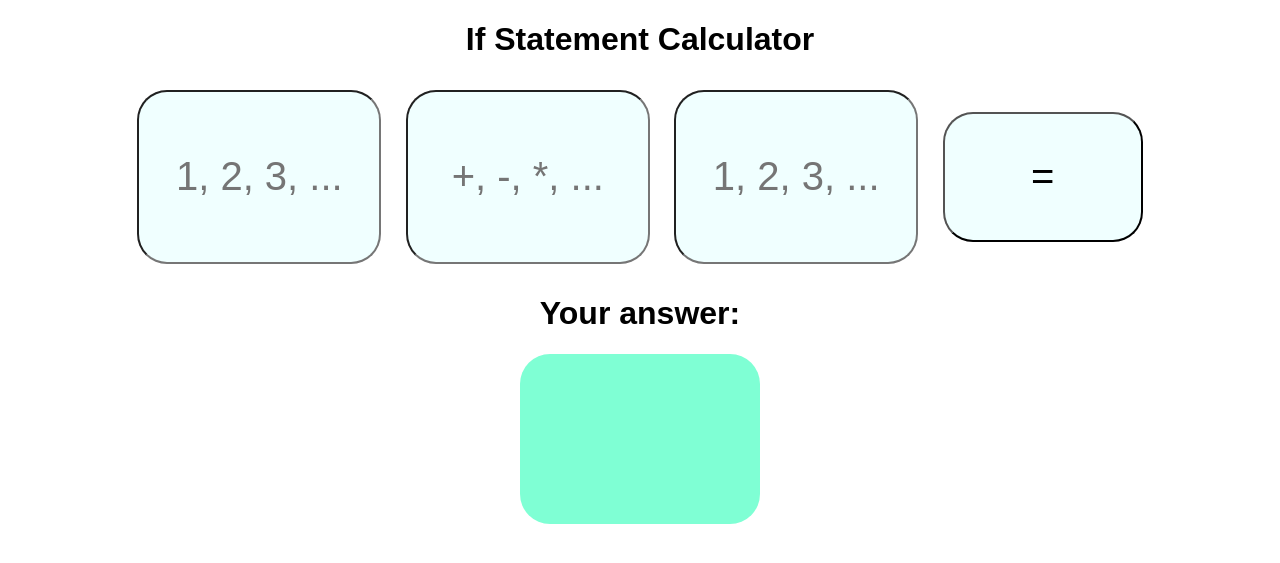
Repository: WesleyErasmus/threeInputCalculator
Page: html/if-calculator.html
These files come from the project's save history. The page is drawn as it stood at one moment and after the next save; the edit follows.
The browser window is 1280 px wide. The pictures show the whole page.

Above is the page before, as saved 2022-04-27 22:24:35.

After the next save:
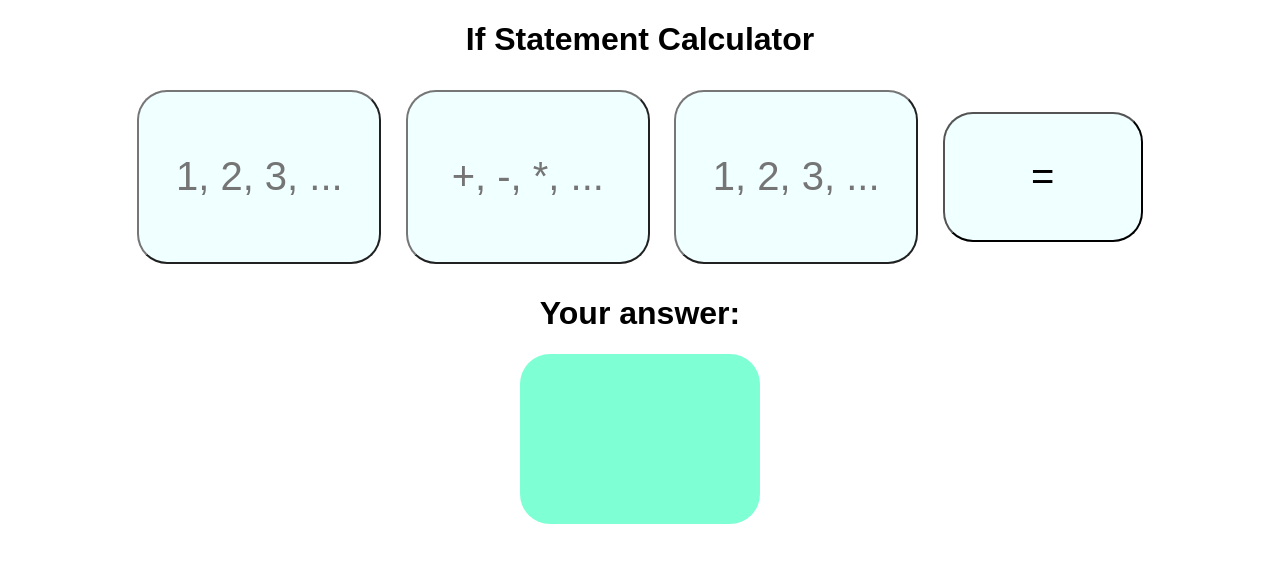
Saved 4 s later.
--- a/css/stylesheet.css
+++ b/css/stylesheet.css
@@ -15,7 +15,7 @@ input {
     font-size: 40px;
     border-radius: 30px;
     border: 5px solid outset;
-    /* border-style:outset; */
+    border-style:outset;
 }
 button {
     background-color: azure;
